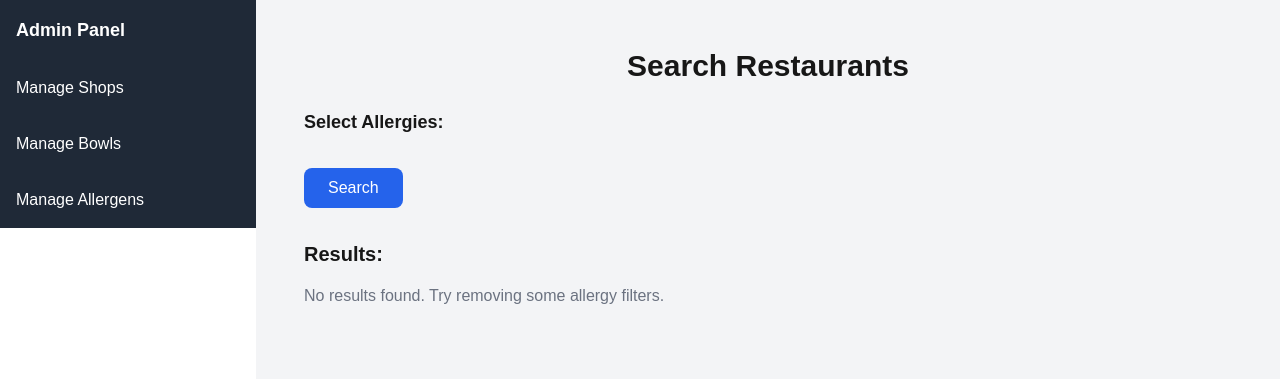
Repository: komuro-zero/ramen_dashboard
Page: /
The author's editor kept a copy of each file at every save. The page is drawn from the files as they stood at one save, then again after the next save.
The browser window is 1280 px wide. The pictures show the whole page.
The page's requests for data from a server got no answer. The project was rebuilt for these pictures with package versions that can differ from the ones it lists, and the page was loaded fresh each time. The framework's server and built-in components were replaced by stand-ins that run in the browser. No one was signed in, and anything a server would have sent is missing. Also part of the build but not shown: next.config.ts.

Above is the page before, as saved 2025-01-20 22:52:04.

### app/layout.tsx
import "./globals.css";
import Sidebar from "@/components/Sidebar";

export const metadata = {
  title: "Ramen Dashboard",
  description: "Filter restaurants and manage ramen information",
};

export default function RootLayout({
  children,
}: {
  children: React.ReactNode;
}) {
  return (
    <html lang="en">
      <body className="flex">
        <Sidebar />
        <main className="flex-1 p-6 bg-gray-100">{children}</main>
      </body>
    </html>
  );
}

### app/page.tsx
"use client";

import { useState, useEffect } from "react";

export default function SearchPage() {
  const [allergies, setAllergies] = useState<string[]>([]);
  const [results, setResults] = useState<any[]>([]);
  const [allergyOptions, setAllergyOptions] = useState<any[]>([]); // Use any[] for now

  useEffect(() => {
    async function fetchAllergens() {
      try {
        const response = await fetch(`/api/allergens`);
        const data = await response.json();
        setAllergyOptions(data);
      } catch (error) {
        console.error("Error fetching allergens:", error);
      }
    }
    fetchAllergens();
  }, []);

  const toggleAllergy = (allergy: string) => {
    setAllergies((prev) =>
      prev.includes(allergy) ? prev.filter((a) => a !== allergy) : [...prev, allergy]
    );
  };

  const fetchResults = async () => {
    try {
      const response = await fetch(`/api/search?allergies=${allergies.join(",")}`);
      const data = await response.json();
      setResults(data);
    } catch (error) {
      console.error("Error fetching results:", error);
    }
  };

  const isShopUnavailable = (ramenBowls: any[]) => {
    return ramenBowls.every((bowl) =>
      bowl.allergens.some((allergen: any) => allergies.includes(allergen.name))
    );
  };

  return (
    <div className="p-6">
      <h1 className="text-3xl font-bold mb-6 text-center">Search Restaurants</h1>

      <div className="mb-6">
        <h2 className="text-lg font-semibold mb-2">Select Allergies:</h2>
        <div className="flex flex-wrap gap-4">
          {allergyOptions.map((allergen) => (
            <button
              key={allergen.id} // Use allergen.id as key
              onClick={() => toggleAllergy(allergen.name)} // Toggle by name
              className={`px-3 py-1 rounded-lg cursor-pointer
                ${allergies.includes(allergen.name) // Check inclusion by name
                  ? "bg-blue-600 text-white"
                  : "bg-gray-100 text-gray-700"
                }
                hover:bg-blue-500 hover:text-white`}
            >
              {allergen.name}
            </button>
          ))}
        </div>
      </div>

      <button
        onClick={fetchResults}
        className="px-6 py-2 bg-blue-600 text-white rounded-lg hover:bg-blue-700"
      >
        Search
      </button>

      <div className="mt-8">
        <h2 className="text-xl font-semibold mb-4">Results:</h2>
        {results.length > 0 ? (
          <div className="grid grid-cols-1 md:grid-cols-2 lg:grid-cols-3 gap-6">
            {results.map((shop) => {
              const unavailable = isShopUnavailable(shop.ramen);
              return (
                <div
                  key={shop.id}
                  className={`border rounded-lg shadow-md p-4 bg-white ${unavailable ? "opacity-50" : ""
                    }`}
                >
                  <h3 className="text-lg font-bold mb-2">
                    {shop.name} {unavailable && "🚫"}
                  </h3>
                  <p className="text-gray-500 mb-4">{shop.address}</p>
                  <h4 className="text-md font-semibold mb-2">Ramen Bowls:</h4>
                  <ul className="space-y-2">
                    {shop.ramen.map((bowl) => (
                      <li
                        key={bowl.id}
                        className={`p-2 rounded-lg ${bowl.allergens.some((allergen: any) =>
                          allergies.includes(allergen.name)
                        )
                          ? "bg-red-100 text-red-600"
                          : "bg-green-100 text-green-600"
                          }`}
                      >
                        <div className="font-medium">{bowl.name}</div>
                        {bowl.allergens.length > 0 && (
                          <div className="text-sm">
                            Allergens: {bowl.allergens.map((a) => a.name).join(", ")}
                          </div>
                        )}
                        {bowl.allergens.length === 0 && (
                          <div className="text-sm">No allergens 🎉</div>
                        )}
                      </li>
                    ))}
                  </ul>
                </div>
              );
            })}
          </div>
        ) : (
          <p className="text-gray-500">No results found. Try removing some allergy filters.</p>
        )}
      </div>
    </div>
  );
}

### app/globals.css
@tailwind base;
@tailwind components;
@tailwind utilities;

/* Default light mode */
:root {
  --background: #ffffff;
  --foreground: #171717;
}

/* Dark mode overrides */
body.dark {
  --background: #0a0a0a;
  --foreground: #ededed;
}

body {
  background: var(--background);
  color: var(--foreground);
  font-family: Arial, Helvetica, sans-serif;
  min-height: 100vh;
  display: flex;
}

.sidebar {
  min-height: 100vh;
  height: 100%;
  position: fixed;
  left: 0;
  top: 0;
}

.sidebar-option {
  /* Or #sidebar-option if it's an ID */
  background-color: rgba(255, 255, 255, 0.1);
  transition: background-color 0.2s ease;
}

.sidebar-option:hover {
  /* Or #sidebar-option:hover */
  background-color: rgba(255, 255, 255, 0.2);
}

### components/Sidebar.tsx
import Link from "next/link";

export default function Sidebar() {
    return (
        <div className="w-64 h-full bg-gray-800 text-white flex flex-col">
            <h2 className="text-lg font-bold p-4">Admin Panel</h2>
            <nav className="flex flex-col">
                <Link href="/manage/shops" className="p-4 hover:bg-gray-700">
                    Manage Shops
                </Link>
                <Link href="/manage/bowls" className="p-4 hover:bg-gray-700">
                    Manage Bowls
                </Link>
                <Link href="/manage/allergens" className="p-4 hover:bg-gray-700">
                    Manage Allergens
                </Link>
            </nav>
        </div>
    );
}

Loaded but not shown: tailwind.config.ts (common file)

After the next save:
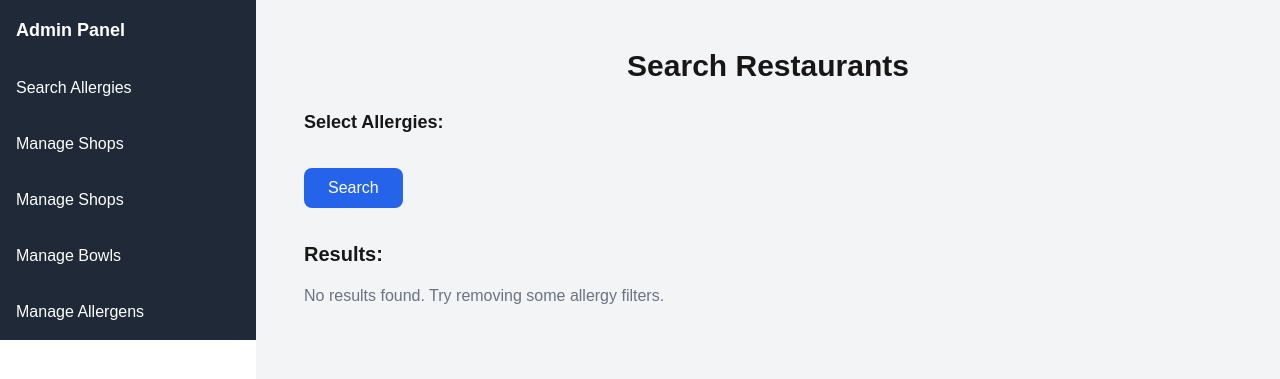
Saved 73 s later.
--- a/components/Sidebar.tsx
+++ b/components/Sidebar.tsx
@@ -5,7 +5,12 @@ export default function Sidebar() {
         <div className="w-64 h-full bg-gray-800 text-white flex flex-col">
             <h2 className="text-lg font-bold p-4">Admin Panel</h2>
             <nav className="flex flex-col">
+                <Link href="/" className="p-4 hover:bg-gray-700">
+                    Search Allergies
+                </Link>
                 <Link href="/manage/shops" className="p-4 hover:bg-gray-700">
+                    Manage Shops
+                </Link><Link href="/manage/shops" className="p-4 hover:bg-gray-700">
                     Manage Shops
                 </Link>
                 <Link href="/manage/bowls" className="p-4 hover:bg-gray-700">
